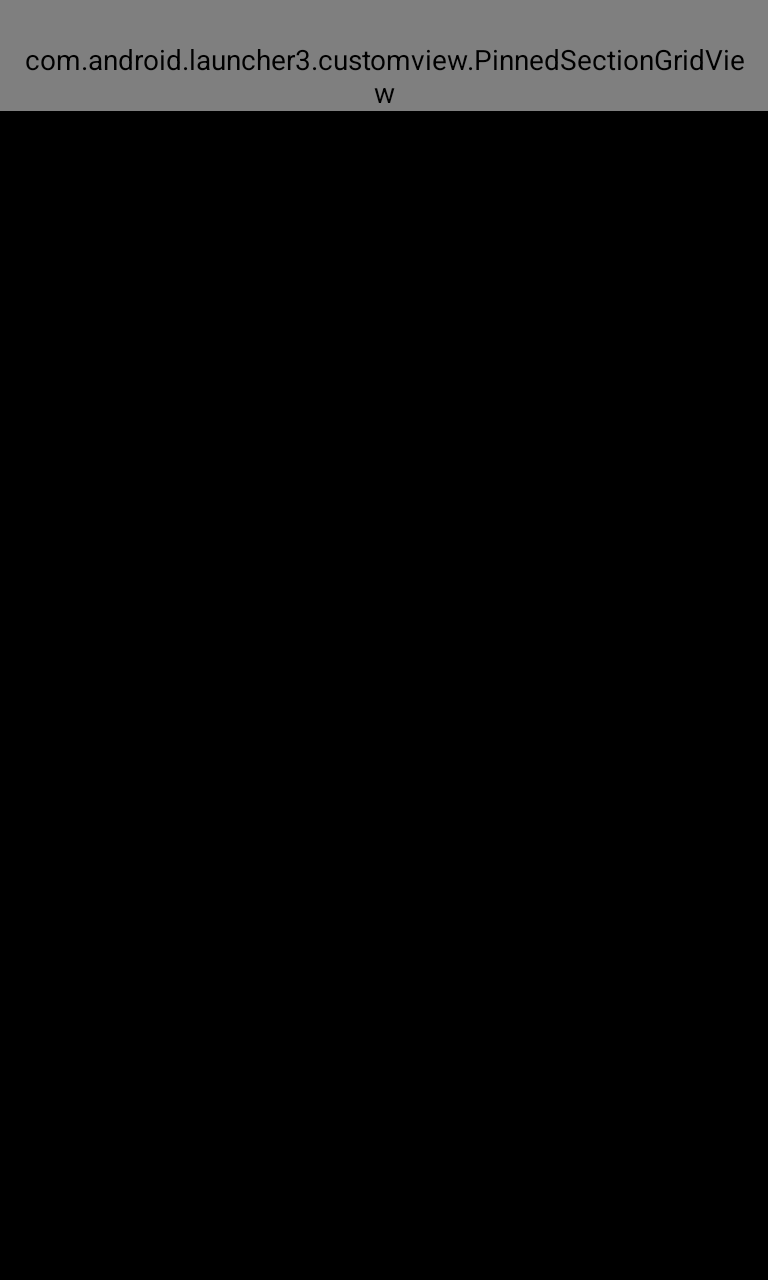
Repository: Nghicv/btl_cac_van_de_hien_dai_cntt
Layout: Launcher3/res/layout/activity_grid.xml
An editor plug-in stored every save of this project. The layout is shown before and after the next save, followed by the edit.
Pictures or frames that could not be fetched are drawn as grey boxes. It is drawn on a 768 x 1280 px phone screen (xhdpi) without system bars, with theme android:Theme.Holo; the app's code is not run.

Above is the layout before, as saved 2015-12-12 12:30:59.

### Launcher3/res/layout/activity_grid.xml
<LinearLayout xmlns:android="http://schemas.android.com/apk/res/android"
    xmlns:ads="http://schemas.android.com/apk/lib/com.google.ads"
    android:layout_width="match_parent"
    android:layout_height="match_parent"
    android:orientation="vertical" >

        <com.android.launcher3.customview.PinnedSectionGridView
            android:id="@+id/grid"
            android:layout_width="fill_parent"
            android:layout_height="wrap_content"

            android:background="@android:color/white"
            android:choiceMode="singleChoice"
            android:columnWidth="100dp"
            android:drawSelectorOnTop="true"
            android:focusable="false"
            android:gravity="center"
            android:horizontalSpacing="0dp"
            android:numColumns="auto_fit"
            android:paddingLeft="10dp"
            android:paddingRight="10dp"
            android:paddingTop="20dp"
            android:scrollbarStyle="outsideOverlay"
            android:stretchMode="columnWidth"
            android:verticalSpacing="0dp" />

</LinearLayout>

After the next save:
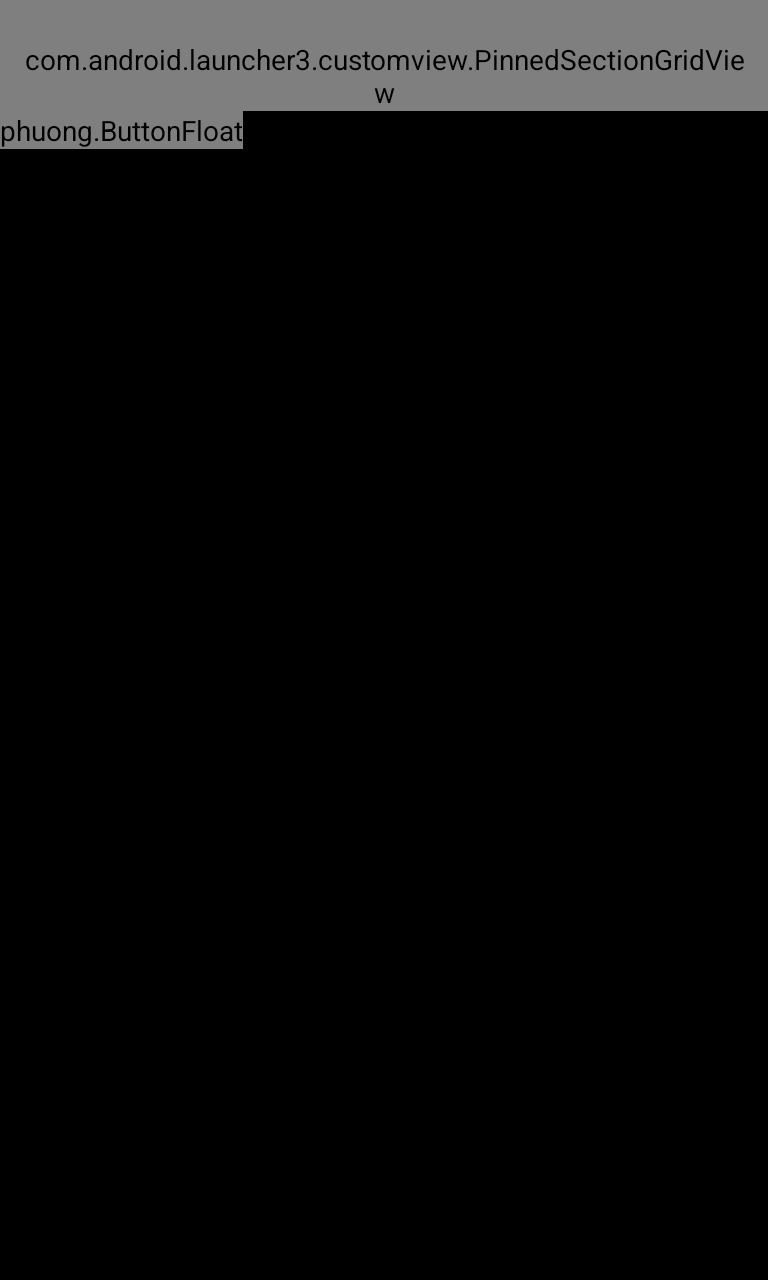
Saved 51 s later.
--- a/Launcher3/res/layout/activity_grid.xml
+++ b/Launcher3/res/layout/activity_grid.xml
@@ -4,24 +4,28 @@
     android:layout_height="match_parent"
     android:orientation="vertical" >
 
-        <com.android.launcher3.customview.PinnedSectionGridView
-            android:id="@+id/grid"
-            android:layout_width="fill_parent"
-            android:layout_height="wrap_content"
+    <com.android.launcher3.customview.PinnedSectionGridView
+        android:id="@+id/grid"
+        android:layout_width="fill_parent"
+        android:layout_height="wrap_content"
+        android:background="@android:color/white"
+        android:choiceMode="singleChoice"
+        android:columnWidth="100dp"
+        android:drawSelectorOnTop="true"
+        android:focusable="false"
+        android:gravity="center"
+        android:horizontalSpacing="0dp"
+        android:numColumns="auto_fit"
+        android:paddingLeft="10dp"
+        android:paddingRight="10dp"
+        android:paddingTop="20dp"
+        android:scrollbarStyle="outsideOverlay"
+        android:stretchMode="columnWidth"
+        android:verticalSpacing="0dp" />
 
-            android:background="@android:color/white"
-            android:choiceMode="singleChoice"
-            android:columnWidth="100dp"
-            android:drawSelectorOnTop="true"
-            android:focusable="false"
-            android:gravity="center"
-            android:horizontalSpacing="0dp"
-            android:numColumns="auto_fit"
-            android:paddingLeft="10dp"
-            android:paddingRight="10dp"
-            android:paddingTop="20dp"
-            android:scrollbarStyle="outsideOverlay"
-            android:stretchMode="columnWidth"
-            android:verticalSpacing="0dp" />
+    <phuong.ButtonFloat
+        android:layout_width="wrap_content"
+        android:layout_height="wrap_content" >
+    </phuong.ButtonFloat>
 
 </LinearLayout>
